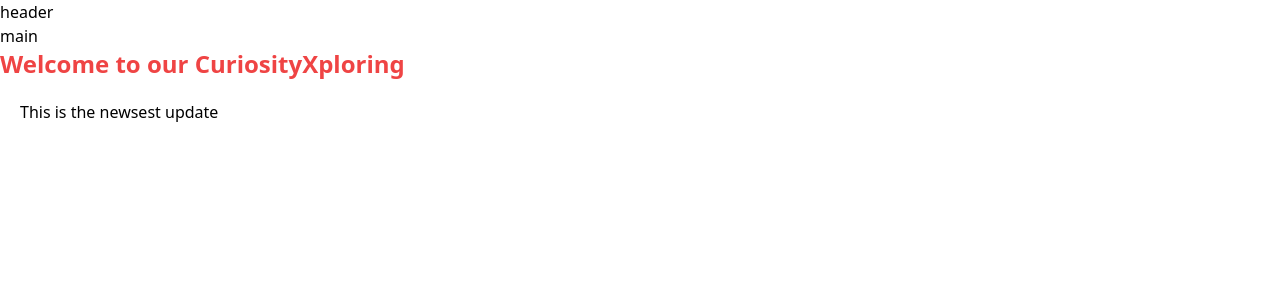
Repository: emorilebo/curiosityxploring-site
Page: /
An editor plug-in stored every save of this project. The page is shown before and after the next save, followed by the edit.
The browser window is 1280 px wide. The pictures show the whole page.
The project was rebuilt for these pictures with package versions that can differ from the ones it lists, and the page was loaded fresh each time. The framework's server and built-in components were replaced by stand-ins that run in the browser. Also part of the build but not shown: next.config.js.

Above is the page before, as saved 2022-12-11 16:19:14.

After the next save:
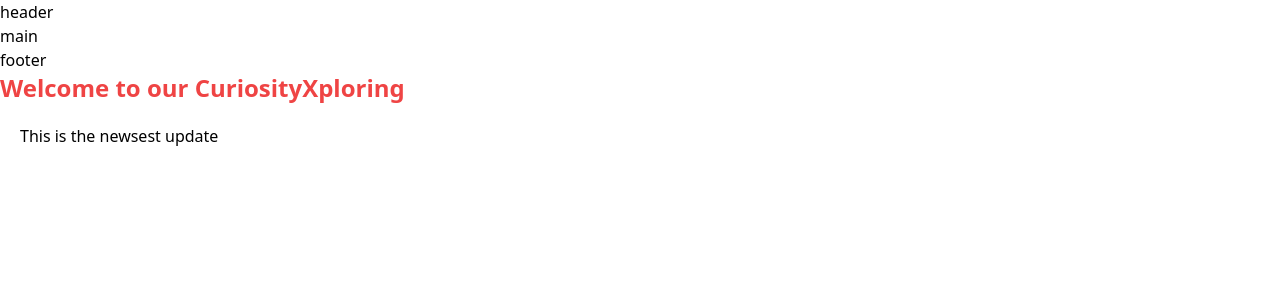
Saved 5 s later.
--- a/components/Layout.jsx
+++ b/components/Layout.jsx
@@ -14,7 +14,7 @@
         <div>
             <header>header</header>
             <main>main</main>
-            <footer></footer>
+            <footer>footer</footer>
         </div>
     </>
   )
